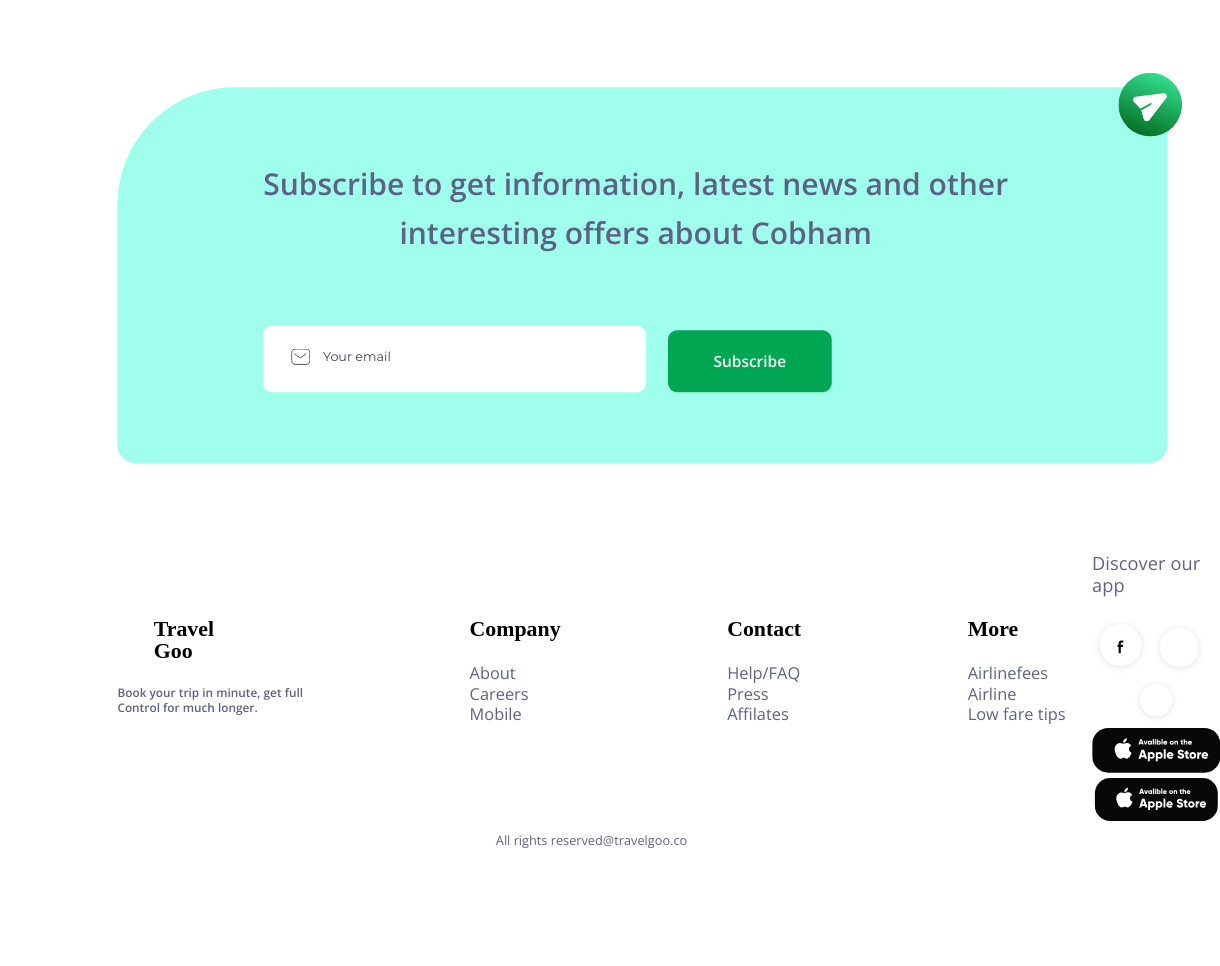
Repository: HeybetzadeQedim/task-5
Page: index.html
An editor plug-in stored every save of this project. The page is shown before and after the next save, followed by the edit.
The browser window is 1280 px wide. The page is 1341 px wide, so the pictures cover 1341 px, including what lies to the right of the window. The pictures show the whole page, at 91% of full size.
Some web fonts or font styles are not loaded; a fallback is used.

Above is the page before, as saved 2023-10-16 16:04:09.

After the next save:
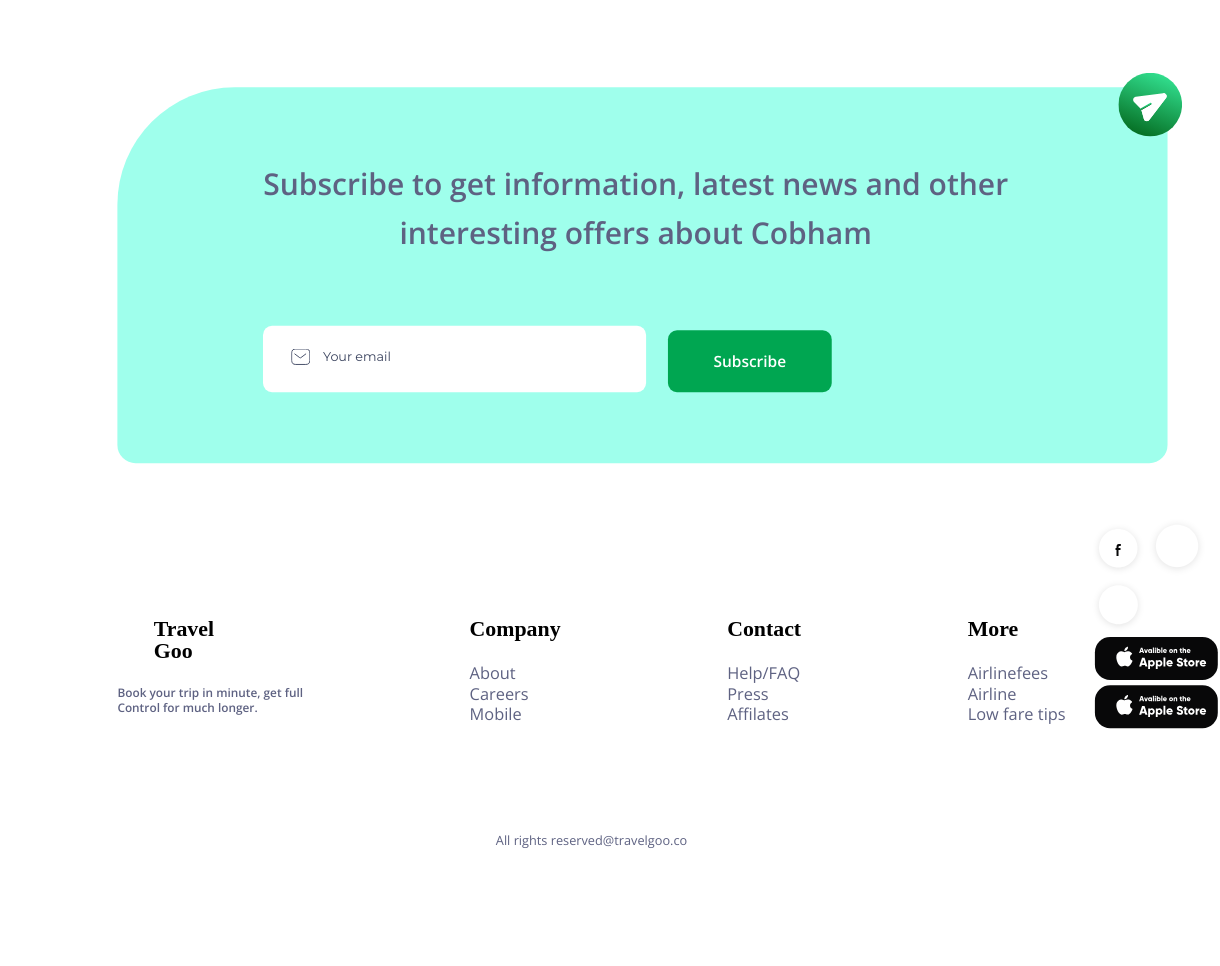
Saved 6 s later.
--- a/index.html
+++ b/index.html
@@ -64,7 +64,7 @@
               <li>Low fare tips</li>
 
           <div class="last-container">
-            <p>Discover our app</p>
+
             <img src="images/Social.svg" />
             <img src="images/Background (1).svg" />
             <img src="images/Background (1).svg" />
